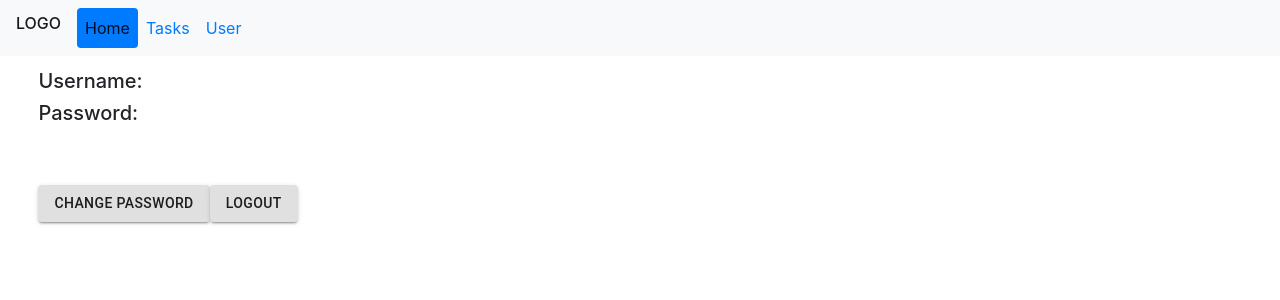
Repository: lalji-yadav/Nimapinfotech-demo-project
Page: /user
These files come from the project's save history. The page is drawn as it stood at one moment and after the next save; the edit follows.
The browser window is 1280 px wide. The pictures show the whole page.
The project was rebuilt for these pictures with package versions that can differ from the ones it lists, and the page was loaded fresh each time. Also part of the build but not shown: src/components/Home.js, src/components/Tasks.js, src/components/Login.js.

Above is the page before, as saved 2021-01-17 19:48:30.

### src/App.js
// import './App.css';
import Navbar from "./components/Navbars";
import Login from "./components/Login";


function App() {
  return (
    <div>

    {/* <Login /> */}
    <Navbar />
    </div>
  );
}

export default App;

### src/components/Navbars.js
import React from 'react';
import { Navbar,Nav,NavDropdown,Form,FormControl ,Button } from 'react-bootstrap';
import {
  BrowserRouter as Router,
  Switch,
  Route,
  Link
} from "react-router-dom";

import Home from "./Home";
import Tasks from "./Tasks";
import User from "./Users";
import Login from "./Login";


const Navbars=()=> {
        return (
            <div>

              <Router>
                  <Navbar bg="light" expand="lg">
                      <Navbar.Brand> <h6>LOGO</h6></Navbar.Brand>
                      <Navbar.Toggle aria-controls="basic-navbar-nav" />
                      <Navbar.Collapse id="basic-navbar-nav">
                      <Nav variant="pills" defaultActiveKey="/">
                        <Nav.Item>
                          <Nav.Link href="/">Home </Nav.Link>
                        </Nav.Item>
                        <Nav.Item>
                          <Nav.Link eventKey="link-1"> <Link to="/tasks"> Tasks </Link> </Nav.Link>
                        </Nav.Item>
                        <Nav.Item>
                          <Nav.Link eventKey="link-2">
                          <Link to="/user"> User </Link>
                          </Nav.Link>
                        </Nav.Item>
                      </Nav>
                      </Navbar.Collapse>
                    </Navbar>


                    <Switch>
                      <Route exact path="/" component={Home} />

                      <Route exact path="/user" component={User} />

                      <Route exact path="/tasks" component={Tasks} />

                      <Route exact path="/login" component={Login} />

                    </Switch>
             </Router>

            </div>
        );
    }

export default Navbars;

### src/components/Users.js
import React from 'react';
import { TableBody,Button } from "@material-ui/core";
import  "../App.css";

const User=()=> {

        return (
            <div style={{padding:"1% 15% 3% 3%"}}>
                <div className="row" c>
                    <div className="col-sm-5">
                        <h5>Username:</h5> <span> </span>
                        <h5>Password:</h5> <span> </span>
                    </div>
                </div>

                <div className="row" style={{marginTop:"5%"}}>
                    <div className="col-sm-4">
                    <Button className="MuiButton-root" variant="contained">Change password</Button>
                    <Button variant="contained">Logout</Button>
                    </div>

                </div>
            </div>
        );
    }

export default User;

### src/App.css
.scroll-tab {
    height: 55vh;
    margin: 3% 3% 5% 3%;
    overflow-y: scroll;
    border: "1px solid red";
}
::-webkit-scrollbar{
    width: 12px;
    height: 12px;
}
::-webkit-scrollbar-track {
    box-shadow: inset 0 0 10px #4A4A4A;
    border-radius: 10px;
    }

    ::-webkit-scrollbar-thumb {
    border-radius: 10px;
    background: #4A4A4A;
}

.MuiButton-root {
    text-transform:lowercase;
}

Loaded but not shown: public/index.html (common file); src/index.js (common file); src/index.css (common file); src/reportWebVitals.js (common file)

After the next save:
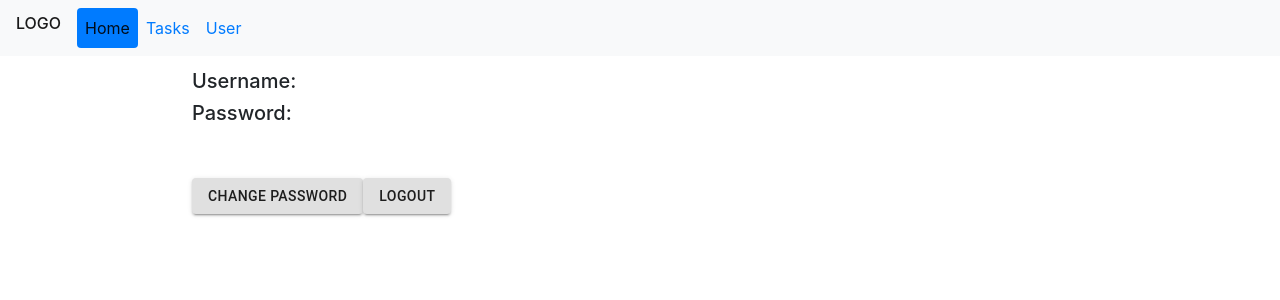
Saved 12 s later.
--- a/src/components/Users.js
+++ b/src/components/Users.js
@@ -5,7 +5,7 @@ import  "../App.css";
 const User=()=> {
 
         return (
-            <div style={{padding:"1% 15% 3% 3%"}}>
+            <div style={{padding:"1% 15% 3% 15%"}}>
                 <div className="row" c>
                     <div className="col-sm-5">
                         <h5>Username:</h5> <span> </span>
